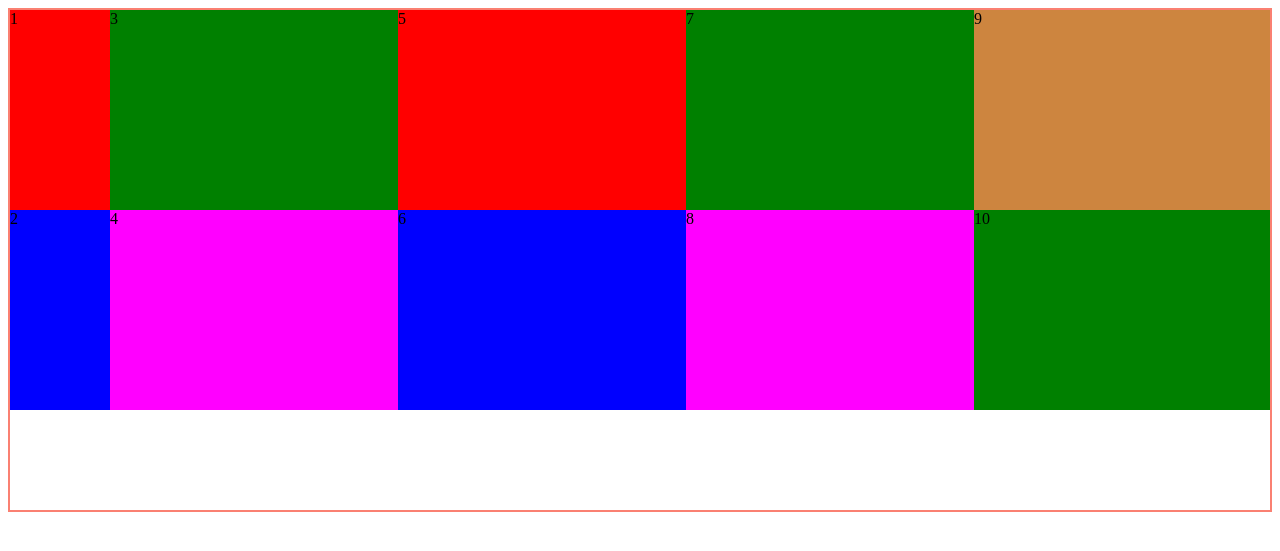
Repository: DinkarRavi/Dinkar_Coding
Page: 22aug24/grid.html
These files come from the project's save history. The page is drawn as it stood at one moment and after the next save; the edit follows.
The browser window is 1280 px wide. The pictures show the whole page.

Above is the page before, as saved 2024-08-22 15:09:25.

After the next save:
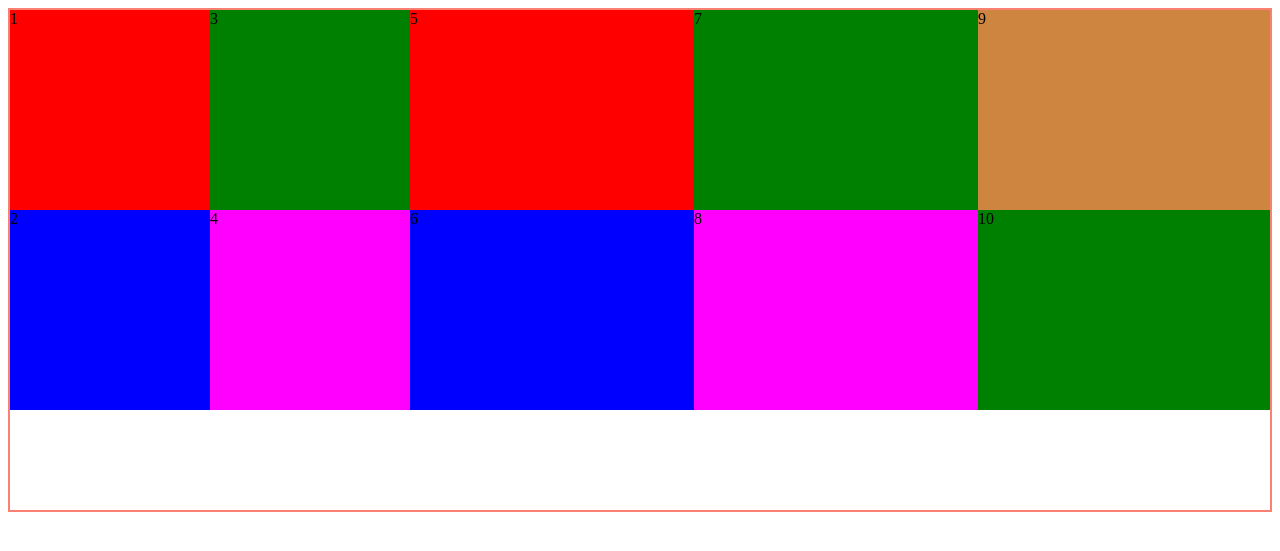
Saved 24 s later.
--- a/22aug24/grid.css
+++ b/22aug24/grid.css
@@ -7,8 +7,8 @@
 display: grid;
 grid-template-columns: 200px 200px;
 grid-template-rows: 200px 200px;
-grid-auto-rows: 50px;
-grid-template-columns:100px;
+/* grid-auto-rows: 50px;
+grid-template-columns:100px;  */
 grid-auto-flow: column;
 }
 div{
